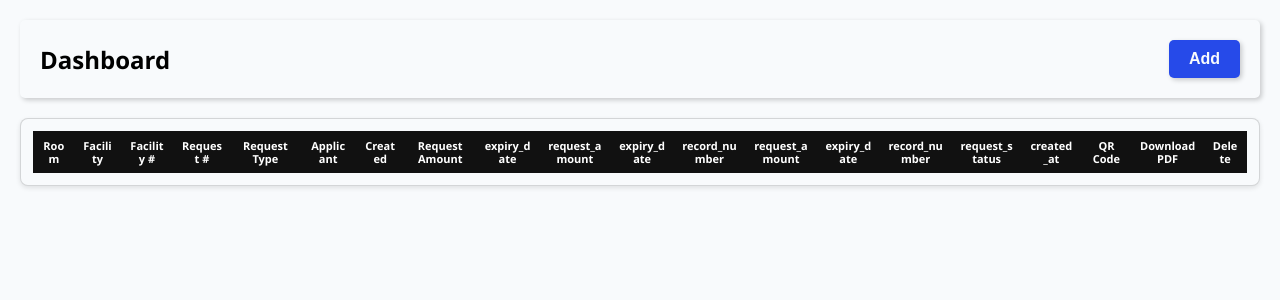
Repository: irfan-shah-sherani/Travel-Tour
Page: public/index.html
An editor plug-in stored every save of this project. The page is shown before and after a run of saves, followed by the edit.
The browser window is 1280 px wide. The pictures show the whole page.
The page's requests for data from a server got no answer.

Above is the page before, as saved 2025-07-11 04:55:10.

After the next 4 saves:
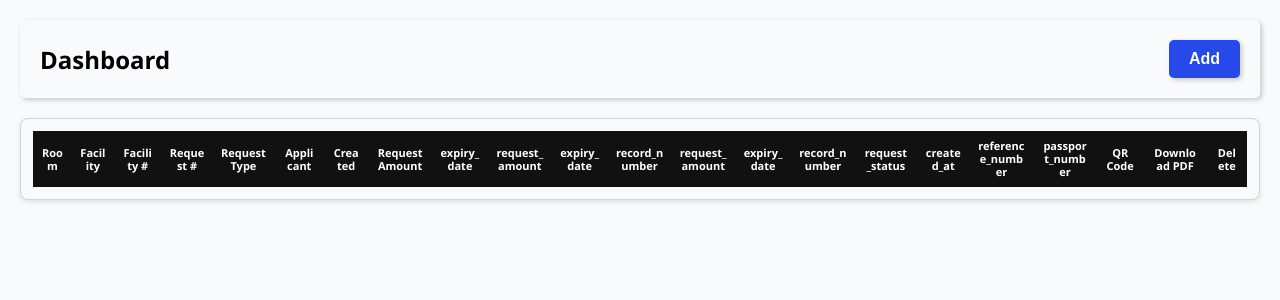
The 4 saves are shown as one change because they came seconds apart.
The last was saved 19 s later.
--- a/public/index.html
+++ b/public/index.html
@@ -51,7 +51,8 @@
           <th>record_number</th>
           <th>request_status</th>
           <th>created_at</th>
-
+          <th>reference_number</th>
+          <th>passport_number</th>
           <th>QR Code</th>
           <th>Download PDF</th>
           <th>Delete</th>
